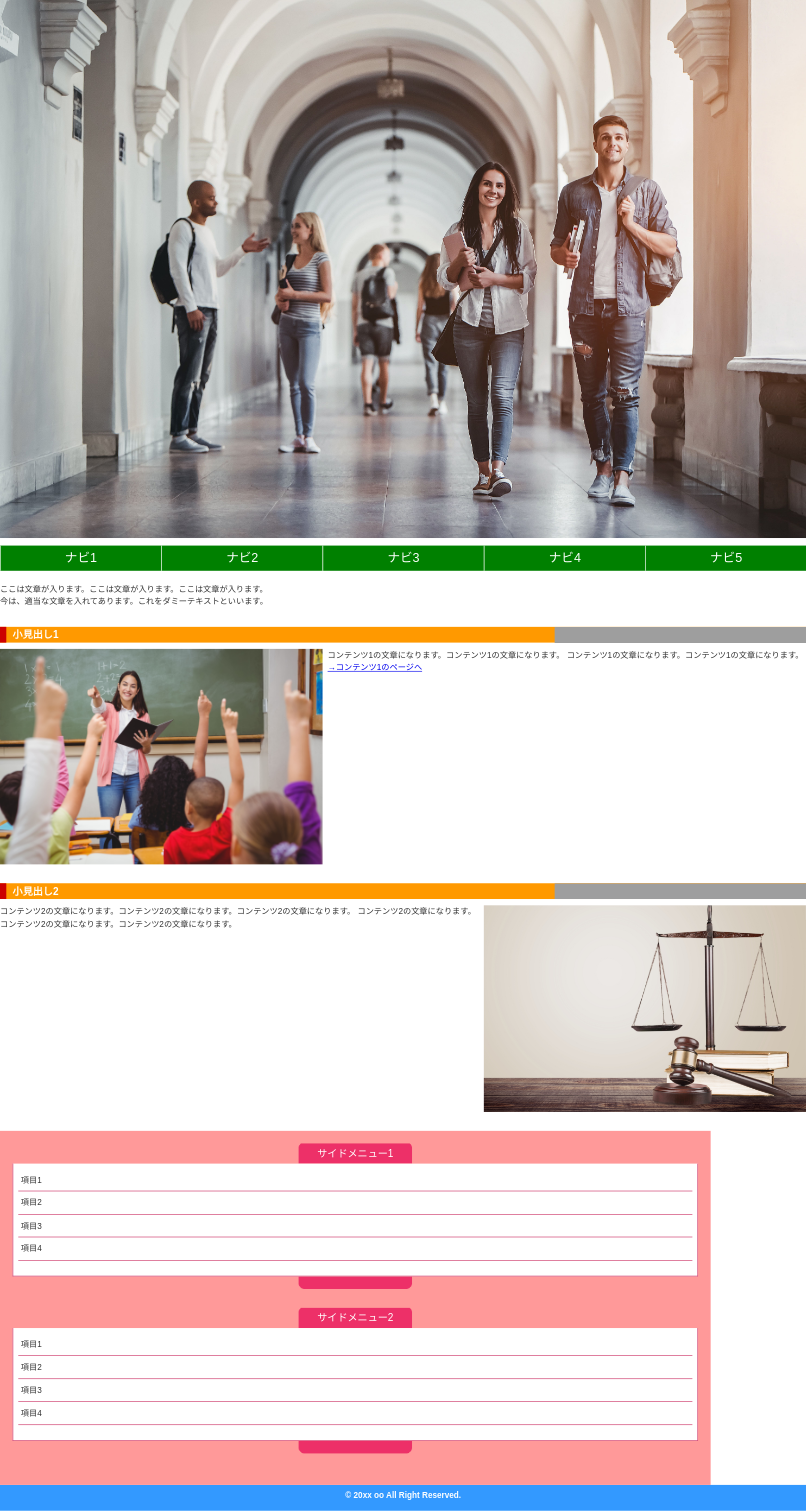
Repository: bonjyuru/samurai_HTML-CSS
Page: index.html
The author's editor kept a record of every edit. The page is drawn from the files as they stood at one moment, then again after the next edit.
The browser window is 1280 px wide. The pictures show the whole page, at 63% of full size.
Pictures or frames that could not be fetched are drawn as grey boxes.

Above is the page before.

### index.html
<!DOCTYPE html>
<html lang="ja">
<head>
    <meta charset="UTF-8">
    <title>HTML/CSSの学習</title>
    <link rel="stylesheet" href="stylesheet.css">
    </head>
    <body>
        <div id="header">
        <h1><a href="index.html"><img
        id="corridor" src="images/corridor.jpg" alt="大学の廊下"/
        ></a></h1>
        </div>
        <div id="wrapper">
            <div id="nav">
                <ul>
                    <li><a href="home.html">ナビ1</a></li>
                    <li><a href="#">ナビ2</a></li>
                    <li><a href="#">ナビ3</a></li>
                    <li><a href="#">ナビ4</a></li>
                    <li><a href="#">ナビ5</a></li>
                </ul>
                </div>
                <div id="container">
                    <div id="main">
                        <div class="post">
                            <p>ここは文章が入ります。ここは文章が入ります。ここは文章が入ります。<br/>今は、適当な文章を入れてあります。これをダミーテキストといいます。</p>
                            </div>
                            <div class="post clearfix">
                            <h2>小見出し1</h2>
                            <img class="left" src="images/classroom.jpg" alt="授業風景" />
                            <p>
                                コンテンツ1の文章になります。コンテンツ1の文章になります。
                                コンテンツ1の文章になります。コンテンツ1の文章になります。
                                </p>
                                <p><a href="#">→コンテンツ1のページへ</a></p>
                            </div>
                            <div class="post clearfix">
                                <h2>小見出し2</h2>
                            <img class="right" src="images/scale.jpg" alt="天秤" />
                            <p>
                                コンテンツ2の文章になります。コンテンツ2の文章になります。コンテンツ2の文章になります。
                                コンテンツ2の文章になります。コンテンツ2の文章になります。コンテンツ2の文章になります。
                            </p>
                        </div>
                    </div>
                    <div id="side">
                        <div class="box">
                            <h2>サイドメニュー1</h2>
                            <div class="boxBody">
                                <ul>
                                    <li>項目1</li>
                                    <li>項目2</li>
                                    <li>項目3</li>
                                    <li>項目4</li>
                                </ul>
                            </div>
                        </div>
                        <div class="box">
                            <h2>サイドメニュー2</h2>
                            <div class="boxBody">
                                <ul>
                                    <li>項目1</li>
                                    <li>項目2</li>
                                    <li>項目3</li>
                                    <li>項目4</li>
                                </ul>
                            </div>
                        </div>
                    </div>
                </div>
            </div>
        <div id="footer">
            <p>&copy; 20xx oo All Right Reserved.</p>
            </div>
    </body>
</html>

### stylesheet.css
@charset "utf-8";

body {
    margin: 0;
    padding: 0;
    font-family: "ヒラギノ角ゴ Pro W3", "Hiragino Kaku Gothic Pro", "メイリオ", Meiryo, Osaka, "ＭＳ Ｐゴシック", "MS PGothic", sans-serif;
	color: #333;
	font-size: 13px;
	line-height: 150%;
}
/* -------------------- wrapper -------------------- */
#wrapper {
    width: 100%;
    margin: auto;
    padding: 0px;
    border: 0px;
    background-color: #FFF;
top: 10px;
position: relative;
}
/*--------------------- header ----------------------- */
#header {
    width: 100%;
}
#header h1 {
    margin: 0;
    padding: 0;
}

#corridor {
    width: 100%;
    height: auto;
}

/* ----------------------- footer -------------------------- */
#footer {
    clear: both;
    width: 100%;
    padding: 3px 0 3px 0;
    background: #39F;
    color: #FFF;
    font-weight: bold;
    text-align: center;
}
/* ---------------------- nav ------------------------------ */
#nav {
    width: 100%;
}
#nav ul {
    display: flex;
    margin: 0;
    padding: 0;
    list-style-type: none;
}
#nav ul li {
        width: 20%;
    text-align: center;
}
#nav ul li a {
    display: block;
    height: 20px;
    margin: 0;
    padding: 10px;
    color: #FFF;
    font-size: 20px;
    text-decoration: none;
    background-color: green;
    border-left: 1px solid white;
}

#nav ul li a:hover {
        filter: drop-shadow(10px 10px 10px black);
}

/* ------------------------ container ----------------------- */
#container {
    width: 100%;
    margin: auto ;
    padding-top: 20px;
    clear: both;
    display: grid;
    grid-columns: 70vw 30vw;
}
/* ------------------------ main ---------------------------- */
#main {
    width: 95%
    padding: 10px 30px 10px 10px;
}
#main h2 {
    margin: 0 0 10px 0;
    padding: 3px 10px 3px 10px;
    color: #FFF;
    font-size: 16px;
    border-left: solid 10px #C00;
    background: #F90 url(../images/main_h2.jpg) right top repeat-y;
}
#main p {
    margin: 0;
    padding: 0;
}
#main .post {
    margin: 0 0 30px 0;
}

#main .post img.right {
       margin: 0 0 0 8px;
}
#main .post img.left {
       margin: 0 8px 0 0;
}

.right {
    float: right;
    width: 40%;
    height: auto;
}
.left {
    float: left;
    width: 40%;
    height: auto;
}

/* ------------------ clearfix ------------------ */
.clearfix {
    zoom: 1;
}
.clearfix:after{
content: "";
display: block;
clear: both;
}

/* ------------------------ side ------------------- */
#side {
    width: 85%;
    padding: 20px;
    background-color: #F99;
}
#side .box {
    margin: 0 auto 30px auto;
    padding: 0 0 20px 0;
    background: url(images/side_box.png) bottom no-repeat;
}
#side .box h2 {
    margin: 0;
    padding: 8px;
    text-align: center;
    color: #fff;
    font-size: 16px;
    line-height: 16px;
    font-weight: normal;
    background: url(images/side_box_h2.png) center no-repeat;
}
#side .box .boxBody {
    padding: 8px;
    border-right: solid 1px #C36;
    border-bottom: solid 1px #C36;
    border-left: solid 1px #C36;
    background: #fff;
}
#side .box .boxBody ul {
    margin: 0 0 16px 0;
    padding: 0;
}
#side .box .boxBody ul li {
    padding: 8px 0 8px 4px;
    list-style: none;
    border-bottom: solid 1px #C36;
}

 #side .boxBody ul li:hover {
     padding: 8px 0 8px 4px;
     list-style: none;
     border-bottom:  solid 1px #C36;
     box-shadow: 0px 4px 4px rgba(0,0,0,0.3);
 }

After the next edit:
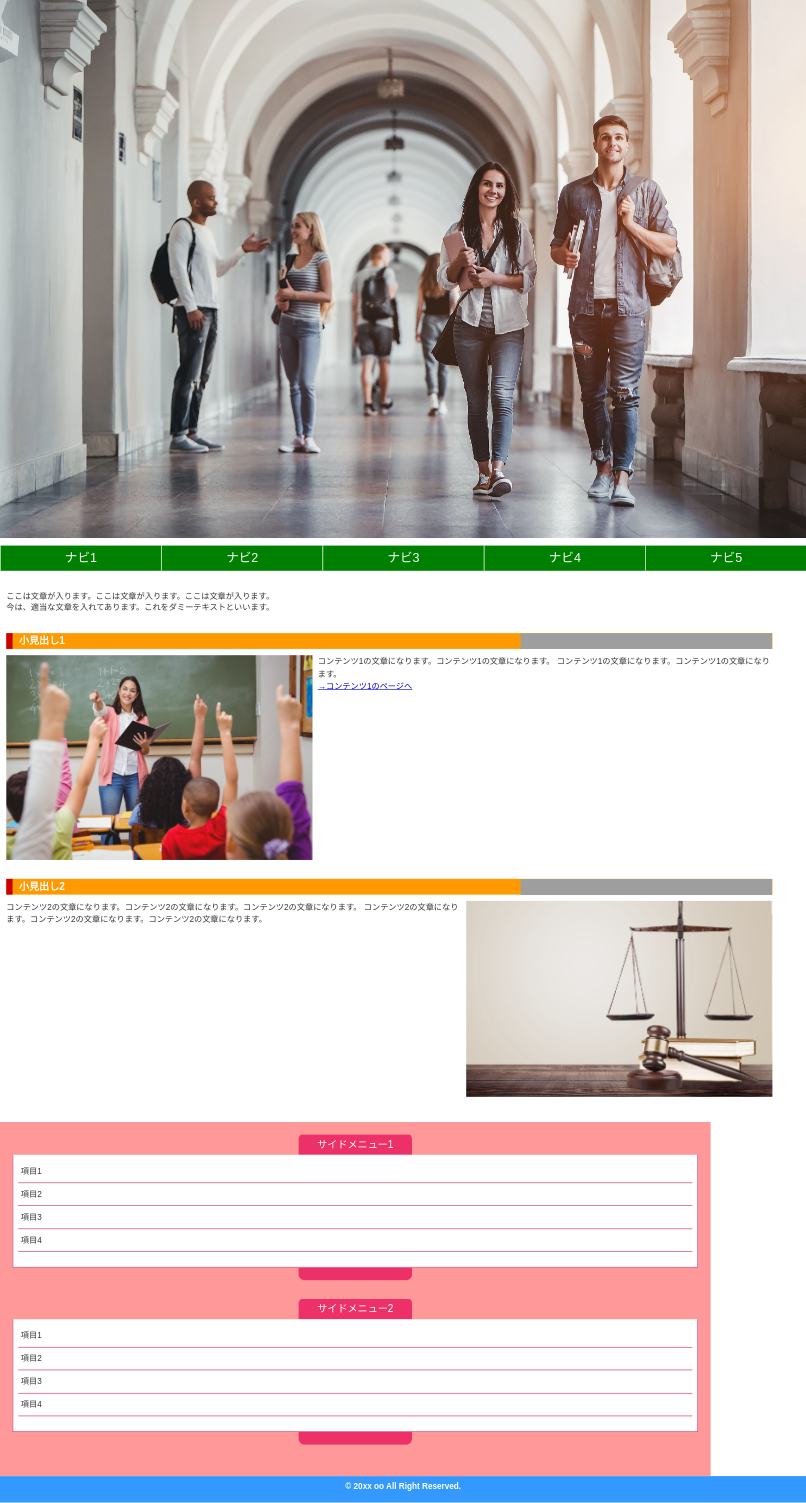
The edit:
--- a/stylesheet.css
+++ b/stylesheet.css
@@ -83,7 +83,7 @@
 }
 /* ------------------------ main ---------------------------- */
 #main {
-    width: 95%
+    width: 95%;
     padding: 10px 30px 10px 10px;
 }
 #main h2 {
